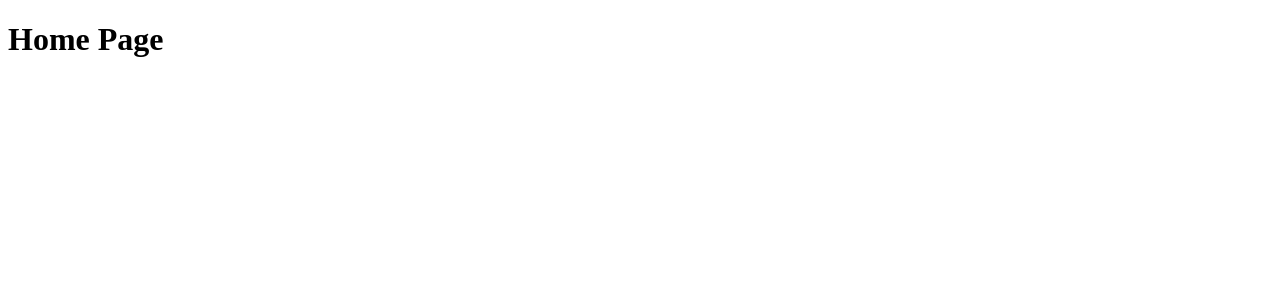
Repository: kiran22985/FlutterDemo
Page: homepage.html
An editor plug-in stored every save of this project. The page is shown before and after the next save, followed by the edit.
The browser window is 1280 px wide. The pictures show the whole page.

Above is the page before, as saved 2021-12-12 05:46:18.

After the next save:
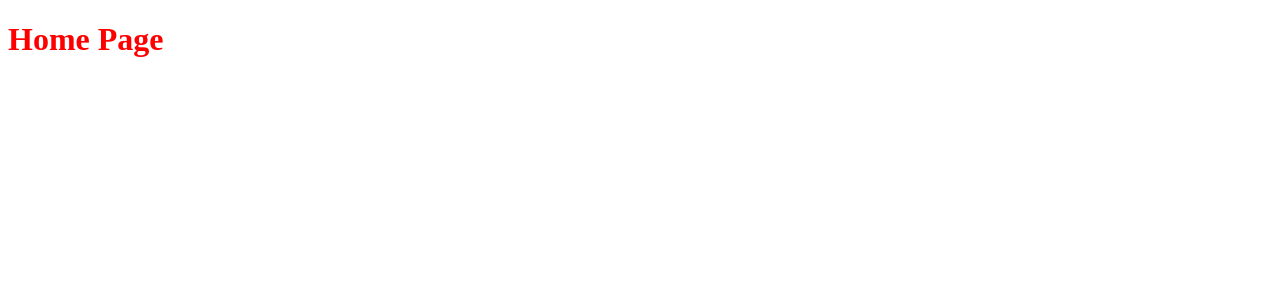
Saved 7 s later.
--- a/homepage.html
+++ b/homepage.html
@@ -6,7 +6,7 @@
     <meta http-equiv="X-UA-Compatible" content="IE=edge">
     <meta name="viewport" content="width=device-width, initial-scale=1.0">
     <title>Document</title>
-    <link rel="stylesheet" href="">
+    <link rel="stylesheet" href="style.css">
 </head>
 
 <body>
